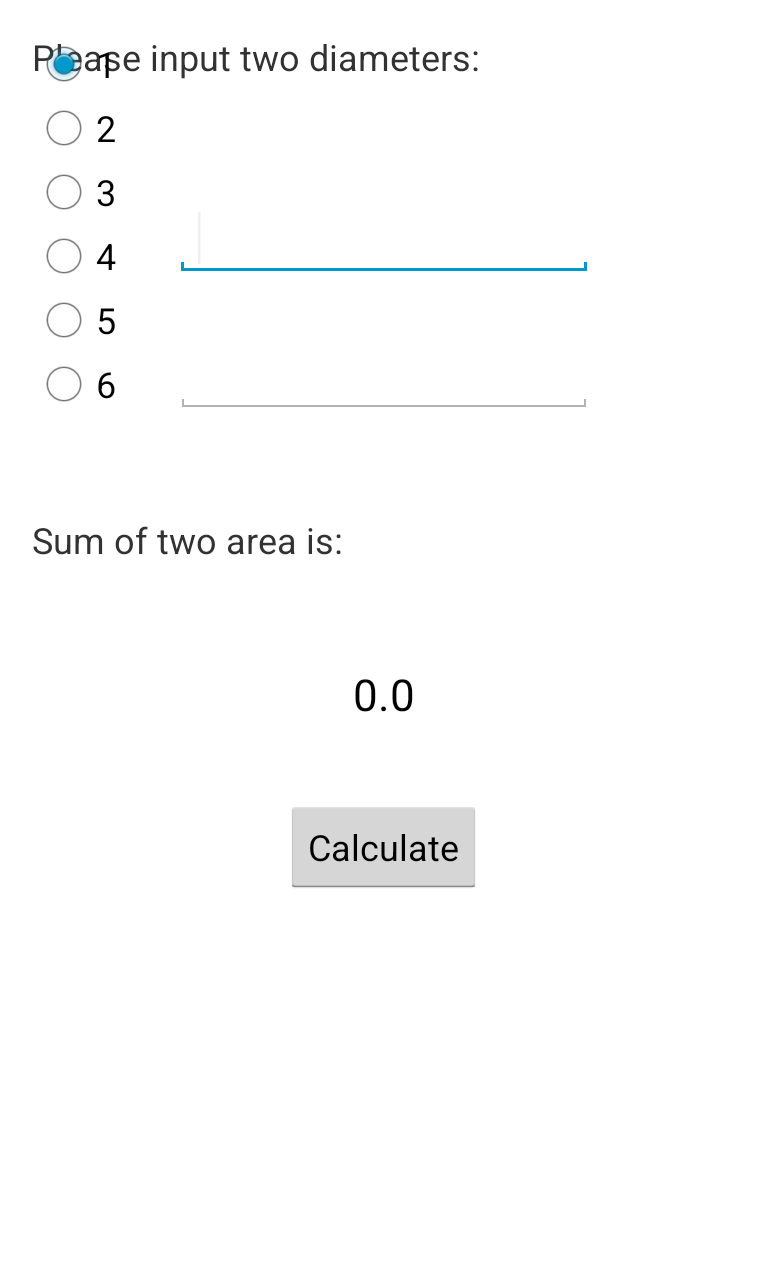
Repository: cugfeng/Android
Layout: MyHelloWorld/res/layout/activity_main.xml
These files come from the project's save history. The layout is drawn as it stood at one moment and after the next save; the edit follows.
It is drawn on a 768 x 1280 px phone screen (xhdpi) without system bars, with theme AppTheme; the app's code is not run.

Above is the layout before, as saved 2013-05-11 14:18:53.

### MyHelloWorld/res/layout/activity_main.xml
<RelativeLayout xmlns:tools="http://schemas.android.com/tools"
    xmlns:android="http://schemas.android.com/apk/res/android"
    android:layout_width="match_parent"
    android:layout_height="match_parent"
    android:paddingBottom="@dimen/activity_vertical_margin"
    android:paddingLeft="@dimen/activity_horizontal_margin"
    android:paddingRight="@dimen/activity_horizontal_margin"
    android:paddingTop="@dimen/activity_vertical_margin"
    tools:context=".MainActivity" >

    <TextView
        android:id="@+id/textView1"
        android:layout_width="wrap_content"
        android:layout_height="wrap_content"
        android:text="@string/input_hint"
        android:textSize="18sp" />

    <EditText
        android:id="@+id/diameter_edit1"
        android:layout_width="wrap_content"
        android:layout_height="wrap_content"
        android:layout_below="@+id/textView1"
        android:layout_centerHorizontal="true"
        android:layout_marginTop="59dp"
        android:ems="10"
        android:inputType="numberDecimal" >

        <requestFocus />
    </EditText>

    <EditText
        android:id="@+id/diameter_edit2"
        android:layout_width="wrap_content"
        android:layout_height="wrap_content"
        android:layout_below="@+id/diameter_edit1"
        android:layout_centerHorizontal="true"
        android:layout_marginTop="29dp"
        android:ems="10"
        android:inputType="numberDecimal" />

    <TextView
        android:id="@+id/output_hint"
        android:layout_width="wrap_content"
        android:layout_height="wrap_content"
        android:layout_below="@+id/diameter_edit2"
        android:layout_marginTop="50dp"
        android:text="@string/output_hint"
        android:textSize="18sp" />

    <TextView
        android:id="@+id/result_view"
        android:layout_width="wrap_content"
        android:layout_height="wrap_content"
        android:layout_below="@+id/output_hint"
        android:layout_centerHorizontal="true"
        android:layout_marginTop="50dp"
        android:text="@string/zero"
        android:textAppearance="?android:attr/textAppearanceLarge" />

    <Button
        android:id="@+id/calculate_area"
        android:layout_width="wrap_content"
        android:layout_height="wrap_content"
        android:layout_below="@+id/result_view"
        android:layout_centerHorizontal="true"
        android:layout_marginTop="38dp"
        android:onClick="calculateArea"
        android:text="@string/calculate" />

    <RadioGroup
        android:id="@+id/choose_wire_number"
        android:layout_width="wrap_content"
        android:layout_height="wrap_content"
        android:layout_alignBottom="@+id/editText1"
        android:layout_alignRight="@+id/radioButton1" >

        <RadioButton
            android:id="@+id/radio_number_1"
            android:layout_width="wrap_content"
            android:layout_height="wrap_content"
            android:checked="true"
            android:textSize="18sp"
            android:text="@string/number_1" />

        <RadioButton
            android:id="@+id/radio_number_2"
            android:layout_width="wrap_content"
            android:layout_height="wrap_content"
            android:textSize="18sp"
            android:text="@string/number_2" />

        <RadioButton
            android:id="@+id/radio_number_3"
            android:layout_width="wrap_content"
            android:layout_height="wrap_content"
            android:textSize="18sp"
            android:text="@string/number_3" />

        <RadioButton
            android:id="@+id/radio_number_4"
            android:layout_width="wrap_content"
            android:layout_height="wrap_content"
            android:textSize="18sp"
            android:text="@string/number_4" />

        <RadioButton
            android:id="@+id/radio_number_5"
            android:layout_width="wrap_content"
            android:layout_height="wrap_content"
            android:textSize="18sp"
            android:text="@string/number_5" />

        <RadioButton
            android:id="@+id/radio_number_6"
            android:layout_width="wrap_content"
            android:layout_height="wrap_content"
            android:textSize="18sp"
            android:text="@string/number_6" />
    </RadioGroup>

</RelativeLayout>

### MyHelloWorld/res/values/strings.xml
<?xml version="1.0" encoding="utf-8"?>
<resources xmlns:android="http://schemas.android.com/apk/res/android">

    <string name="app_name">MyHelloWorld</string>
    <string name="action_settings">Settings</string>
    <string name="input_hint">Please input two diameters:</string>
    <string name="calculate">Calculate</string>
    <string name="zero">0.0</string>
    <string name="output_hint">Sum of two area is:</string>
    <string name="number_1">1</string>
    <string name="number_2">2</string>
    <string name="number_3">3</string>
    <string name="number_4">4</string>
    <string name="number_5">5</string>
    <string name="number_6">6</string>
    <string name="choose_wire_number_hint">Please choose wire number:</string>
    <string name="choose_next">Next</string>

</resources>

Loaded but not shown: MyHelloWorld/res/values/styles.xml (common file); MyHelloWorld/res/values-v11/styles.xml (common file); MyHelloWorld/res/values-v14/styles.xml (common file); MyHelloWorld/res/values/dimens.xml (common file)

After the next save:
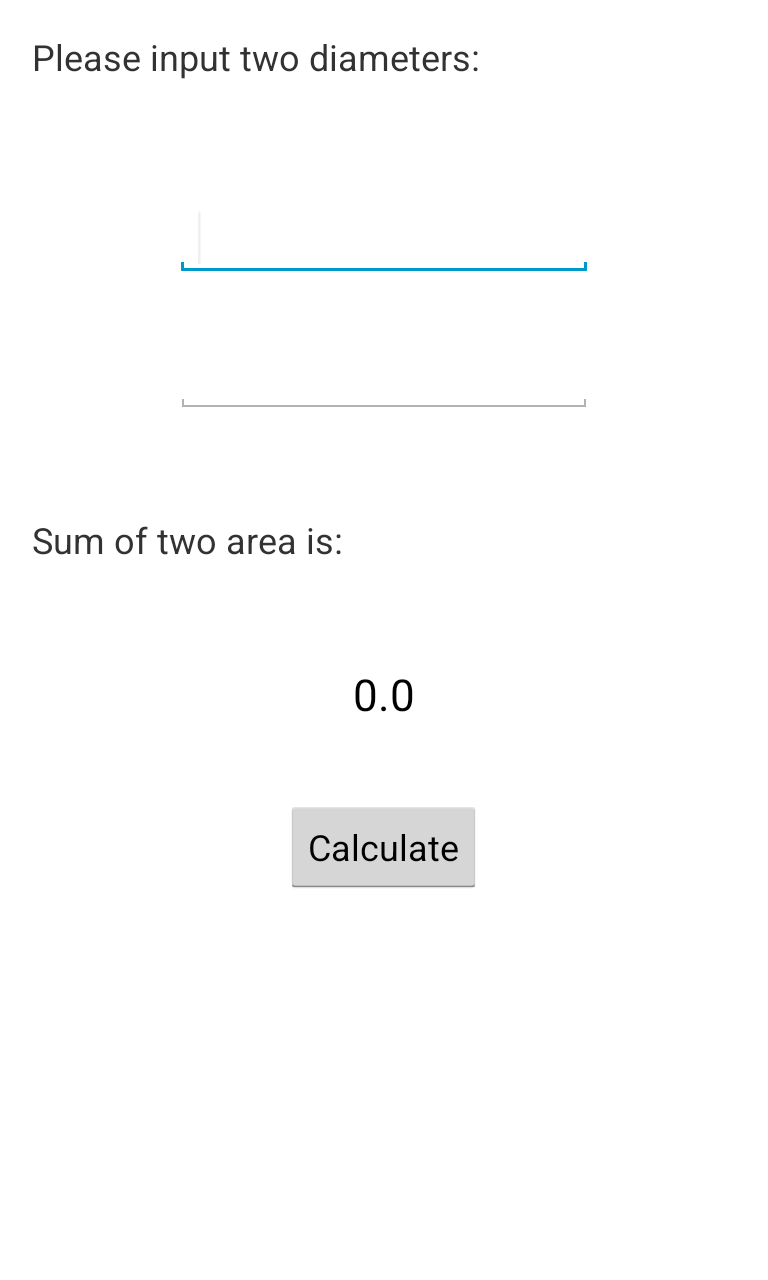
Saved 15 s later.
--- a/MyHelloWorld/res/layout/activity_main.xml
+++ b/MyHelloWorld/res/layout/activity_main.xml
@@ -67,55 +67,4 @@
         android:onClick="calculateArea"
         android:text="@string/calculate" />
 
-    <RadioGroup
-        android:id="@+id/choose_wire_number"
-        android:layout_width="wrap_content"
-        android:layout_height="wrap_content"
-        android:layout_alignBottom="@+id/editText1"
-        android:layout_alignRight="@+id/radioButton1" >
-
-        <RadioButton
-            android:id="@+id/radio_number_1"
-            android:layout_width="wrap_content"
-            android:layout_height="wrap_content"
-            android:checked="true"
-            android:textSize="18sp"
-            android:text="@string/number_1" />
-
-        <RadioButton
-            android:id="@+id/radio_number_2"
-            android:layout_width="wrap_content"
-            android:layout_height="wrap_content"
-            android:textSize="18sp"
-            android:text="@string/number_2" />
-
-        <RadioButton
-            android:id="@+id/radio_number_3"
-            android:layout_width="wrap_content"
-            android:layout_height="wrap_content"
-            android:textSize="18sp"
-            android:text="@string/number_3" />
-
-        <RadioButton
-            android:id="@+id/radio_number_4"
-            android:layout_width="wrap_content"
-            android:layout_height="wrap_content"
-            android:textSize="18sp"
-            android:text="@string/number_4" />
-
-        <RadioButton
-            android:id="@+id/radio_number_5"
-            android:layout_width="wrap_content"
-            android:layout_height="wrap_content"
-            android:textSize="18sp"
-            android:text="@string/number_5" />
-
-        <RadioButton
-            android:id="@+id/radio_number_6"
-            android:layout_width="wrap_content"
-            android:layout_height="wrap_content"
-            android:textSize="18sp"
-            android:text="@string/number_6" />
-    </RadioGroup>
-
 </RelativeLayout>
